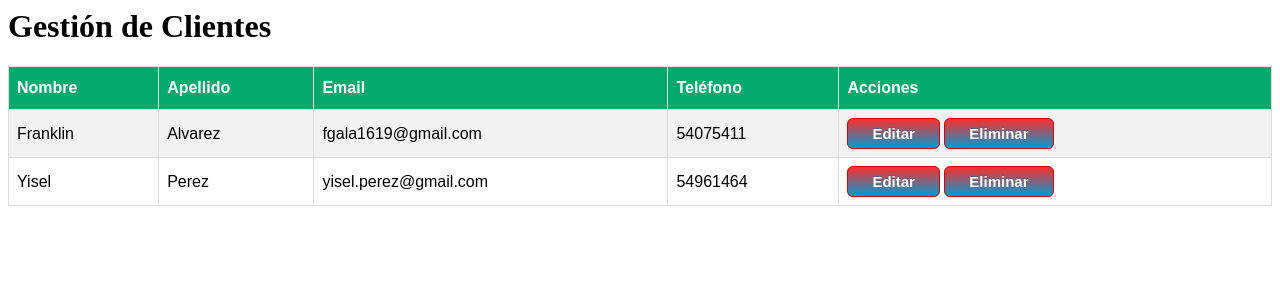
Repository: fgala1619/frontSistGestionBank
Page: index.html
The author's editor kept a copy of each file at every save. The page is drawn from the files as they stood at one save, then again after the next save.
The browser window is 1280 px wide. The pictures show the whole page.

Above is the page before, as saved 2023-07-08 22:58:33.

### index.html
<h1>Gestión de Clientes</h1>

<table id="customers">
    <tr>
        <th>Nombre</th>
        <th>Apellido</th>
        <th>Email</th>
        <th>Teléfono</th>
        <th>Acciones</th>
    </tr>

    <tr>
        <td>Franklin</td>
        <td>Alvarez</td>
        <td>fgala1619@gmail.com</td>
        <td>54075411</td>
        <td>
            <a href="#" class="myButton">Editar</a>
            <a href="#" class="myButton">Eliminar</a>
        </td>
    </tr>

    <tr>
        <td>Yisel</td>
        <td>Perez</td>
        <td>yisel.perez@gmail.com</td>
        <td>54961464</td>
        <td>
            <a href="#" class="myButton">Editar</a>
            <a href="#" class="myButton">Eliminar</a>
        </td>
    </tr>
</table>

<style>
    #customers {
        font-family: Arial, Helvetica, sans-serif;
        border-collapse: collapse;
        width: 100%;
    }

    #customers td, #customers th {
        border: 1px solid #ddd;
        padding: 8px;
    }

    #customers tr:nth-child(even){background-color: #f2f2f2;}
    #customers tr:hover{background-color:#ddd;}

    #customers th{
        padding-top: 12px;
        padding-bottom: 12px;
        text-align: left;
        background-color: #04AA6D;
        color: white;
    }

    .myButton{
        box-shadow: 0px 1px 0px 0px #f0f7fa;
        background: linear-gradient(to bottom, #33bdef 5%, #019ad2 100%);
        background-color:#33bdef;
        border-radius: 6px;
        border: 1px solid #057fd0;
        display: inline-block;
        cursor: pointer;
        color: #ffffff;
        font-family: Arial;
        font-size: 15px;
        font-weight: bold;
        padding: 6px 24px;
        text-decoration: none;
        text-shadow: 0px -1px 0px #5b6178;
    }
    .myButton:hover{
        background: linear-gradient(to bottom, #019ad2 5%, #33bdef 100%);
        background-color:#019ad2;
    }
    .myButton:active{
        position: relative;
        top: 1px;
    }

    .myButton{
        box-shadow: 0px 1px 0px 0px #f0f7fa;
        background: linear-gradient(to bottom, #ed3434 5%, #019ad2 100%);
        background-color:#ed3434;
        border-radius: 6px;
        border: 1px solid #cf0606;
        display: inline-block;
        cursor: pointer;
        color: #ffffff;
        font-family: Arial;
        font-size: 15px;
        font-weight: bold;
        padding: 6px 24px;
        text-decoration: none;
        text-shadow: 0px -1px 0px #5b6178;
    }
    .myButton:hover{
        background: linear-gradient(to bottom, #d10202 5%, #ed3434 100%);
        background-color:#d10202;
    }
    .myButton:active{
        position: relative;
        top: 1px;
    }
</style>

After the next save:
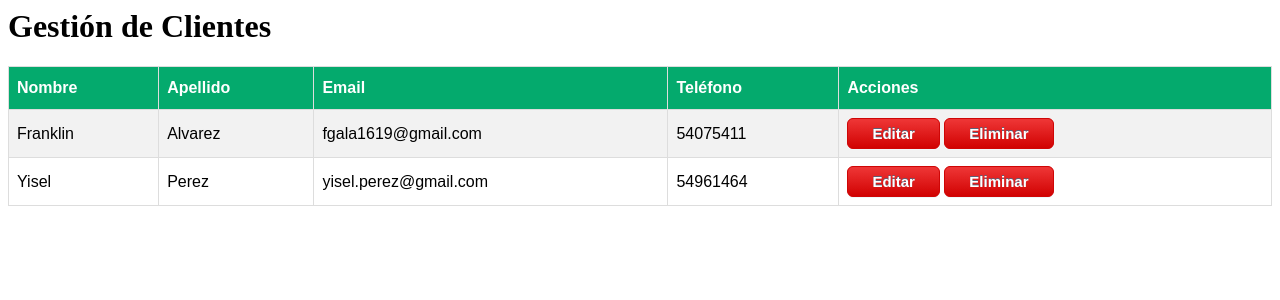
Saved 53 s later.
--- a/index.html
+++ b/index.html
@@ -82,7 +82,7 @@
 
     .myButton{
         box-shadow: 0px 1px 0px 0px #f0f7fa;
-        background: linear-gradient(to bottom, #ed3434 5%, #019ad2 100%);
+        background: linear-gradient(to bottom, #ed3434 5%, #d10202 100%);
         background-color:#ed3434;
         border-radius: 6px;
         border: 1px solid #cf0606;
